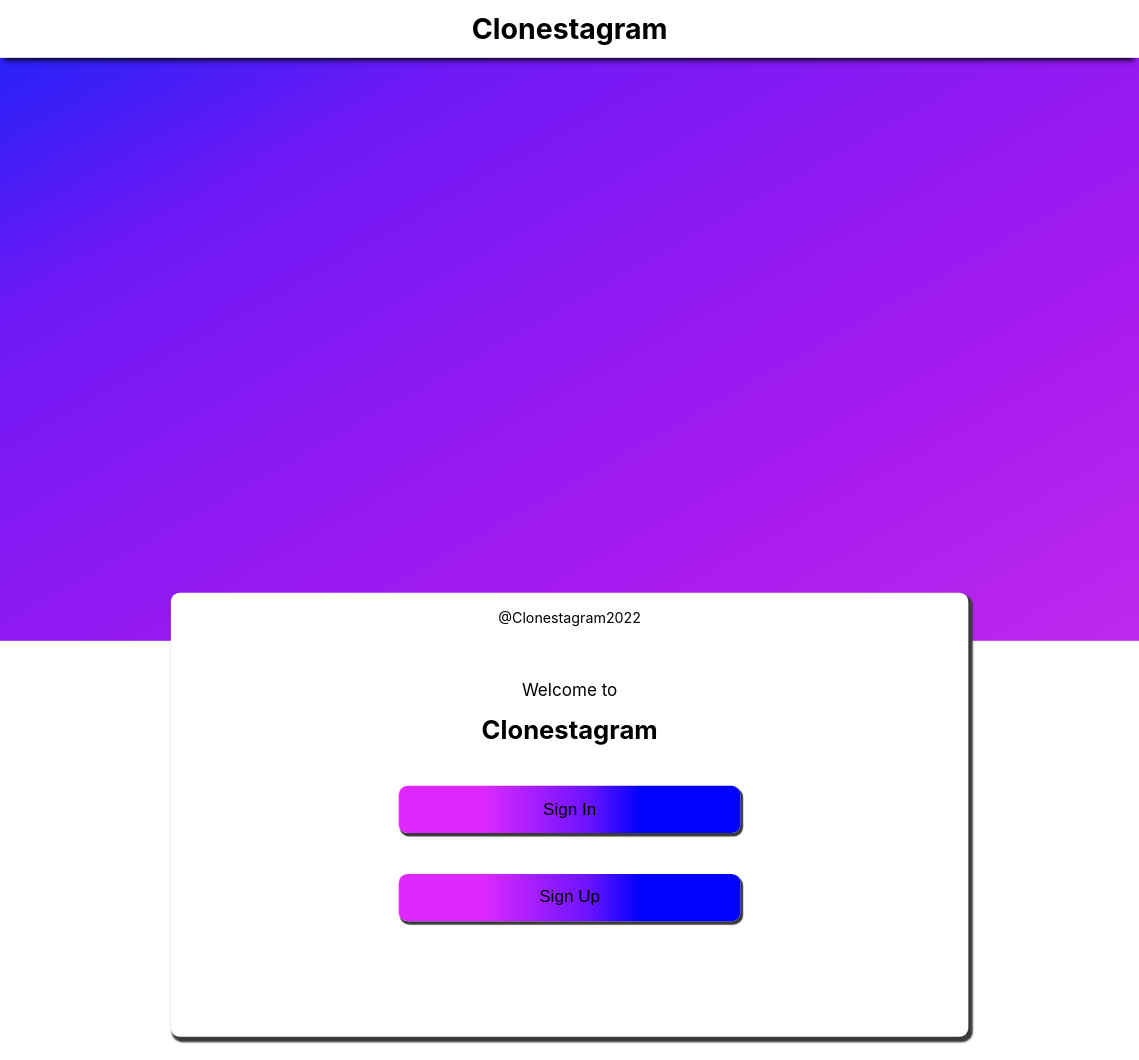
Repository: MikeMoore55/clonestagram
Page: /
The author's editor kept a copy of each file at every save. The page is drawn from the files as they stood at one save, then again after the next save.
The browser window is 1280 px wide. The pictures show the whole page, at 89% of full size.
The project was rebuilt for these pictures with package versions that can differ from the ones it lists, and the page was loaded fresh each time. The framework's server and built-in components were replaced by stand-ins that run in the browser. Also part of the build but not shown: next.config.js.

Above is the page before, as saved 2022-11-18 08:35:49.

After the next save:
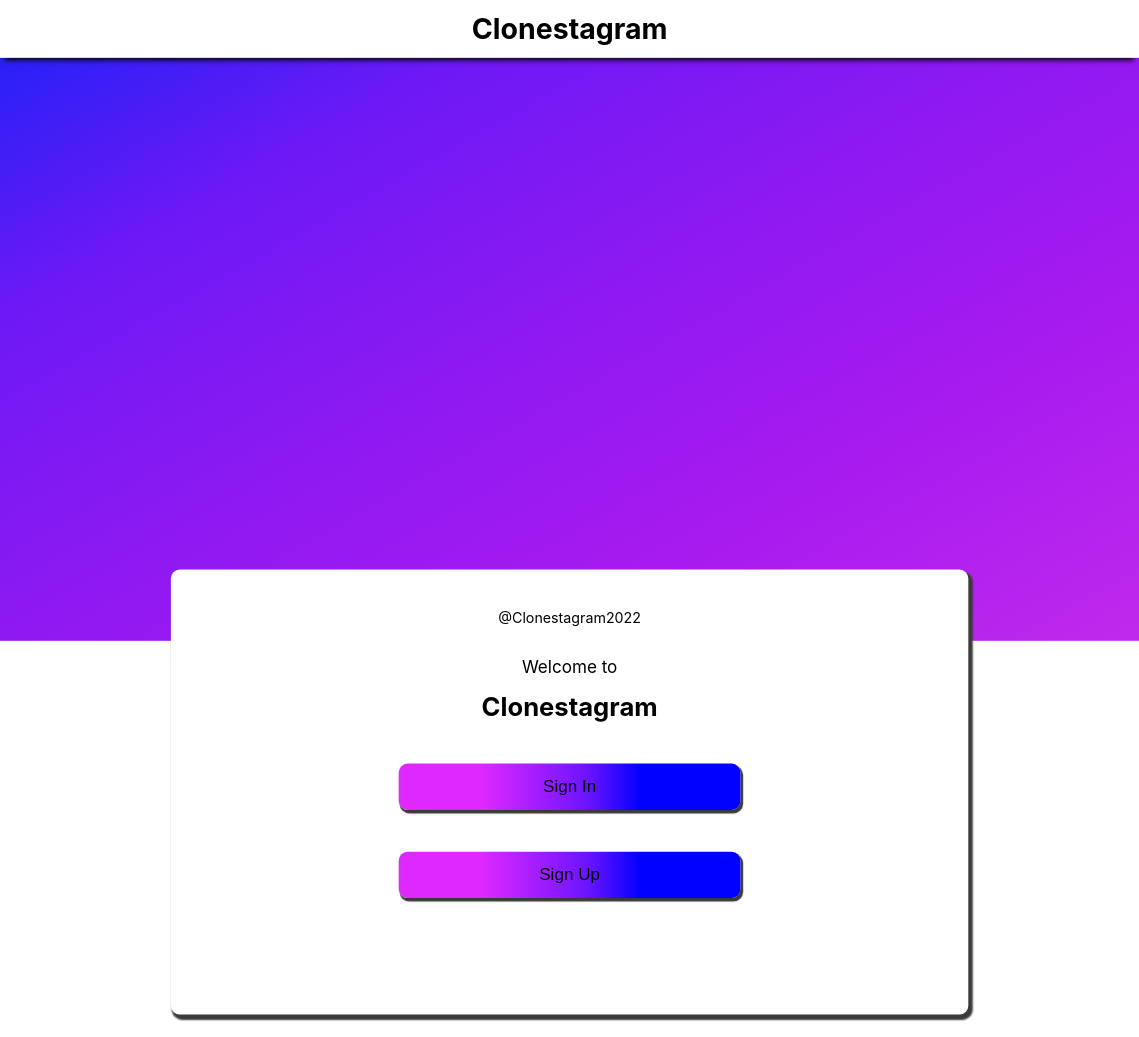
Saved 6 s later.
--- a/styles/Home.module.css
+++ b/styles/Home.module.css
@@ -80,7 +80,7 @@
     .greetingContainer {
         position: relative;
         width: 70%;
-        margin: 37% 15% 2% 15%;
+        margin: 35% 15% 2% 15%;
         background-color: white;
         padding: 7% 5% 9% 5%;
         border-radius: 10px;
